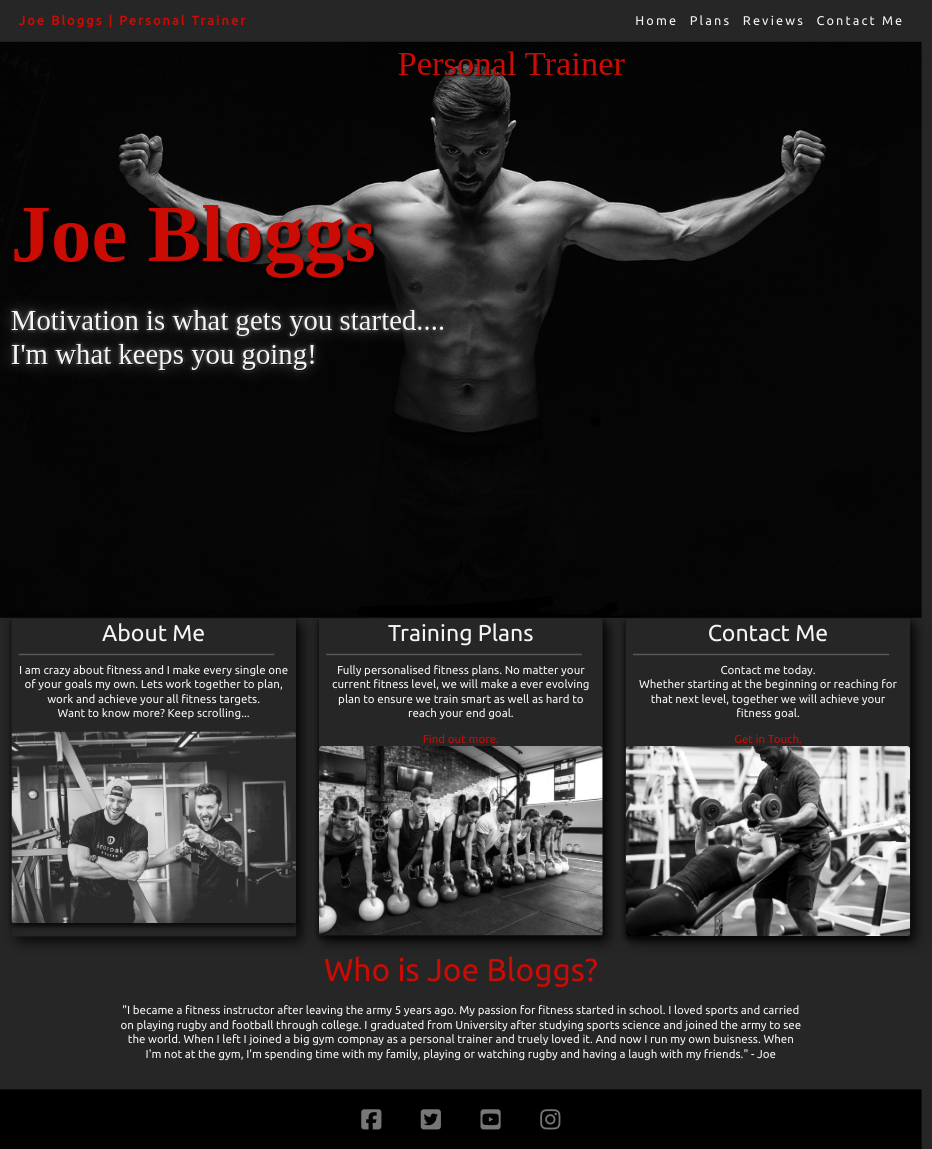
Repository: ClaireRoberts1403/Joe-Bloggs-Personal-Trainer
Page: index.html
The author's editor kept a record of every edit. The page is drawn from the files as they stood at one moment, then again after the next edit.
The browser window is 1280 px wide. The page is 1295 px wide, so the pictures cover 1295 px, including what lies to the right of the window. The pictures show the whole page, at 72% of full size.
Some web fonts or font styles are not loaded; a fallback is used. Some web libraries are served in a nearby version.

Above is the page before.
Console error: TypeError: Cannot read properties of undefined (reading 'fn')

### index.html
<!DOCTYPE html>
<html lang="en">

<head>
	<meta charset="UTF-8">
	<meta name="viewport" content="width=device-width, initial-scale=1.0">
	<meta http-equiv="X-UA-Compatible" content="ie=edge">
	<script src="https://kit.fontawesome.com/90ed803b97.js" crossorigin="anonymous"></script>
	<script src="https://stackpath.bootstrapcdn.com/bootstrap/4.3.1/js/bootstrap.min.js" integrity="sha384-JjSmVgyd0p3pXB1rRibZUAYoIIy6OrQ6VrjIEaFf/nJGzIxFDsf4x0xIM+B07jRM" crossorigin="anonymous"></script>
	<script src="https://maxcdn.bootstrapcdn.com/bootstrap/3.4.1/js/bootstrap.min.js"></script>
	<link rel="stylesheet" href="https://stackpath.bootstrapcdn.com/bootstrap/4.3.1/css/bootstrap.min.css" integrity="sha384-ggOyR0iXCbMQv3Xipma34MD+dH/1fQ784/j6cY/iJTQUOhcWr7x9JvoRxT2MZw1T" crossorigin="anonymous">
	<link rel="stylesheet" href="./assets/style.css">
	<title>Joe Bloggs | Personal Trainer</title>
</head>

<body>
	<nav class="navbar navbar-expand-lg navbar-dark bg-darkgrey">
		<a class="navbar-brand" id="menulogo">Joe Bloggs | Personal Trainer</a>
		<button class="navbar-toggler" type="button" data-toggle="collapse" data-target="#navbarSupportedContent" aria-controls="navbarSupportedContent" aria-expanded="false" aria-label="Toggle navigation">
    <span class="navbar-toggler-icon"></span>
  </button>

		<div class="collapse navbar-collapse" id="navbarSupportedContent">
			<ul class="navbar-nav ml-auto">
				<li class="nav-item active" id="menu">
					<a class="nav-link" href="./index.html">Home <span class="sr-only">(current)</span></a>
				</li>
				<li class="nav-item" id="menu">
					<a class="nav-link" href="./plans.html">Plans</a>
				</li>
				<li class="nav-item" id="menu">
					<a class="nav-link" href="./reviews.html">Reviews</a>
				</li>
				<li class="nav-item" id="menu">
					<a class="nav-link" href="./contact.html">Contact Me</a>
				</li>
			</ul>
		</div>
	</nav>


	<!-- Hero Image -->

	<div class="container-fluid hero-image">
		<div class="row">
			<h1 class="hero-name">
				Joe Bloggs </h1>
			<h1 class="hero-title">
				Personal Trainer</h1>
			<h2 class="hero-quote">
				Motivation is what gets you started....<br> I'm what keeps you going!
			</h2>

		</div>
	</div>


	<!-- overview links -->
	<div class="bg-card">
		<div class="card-deck">
			<div class="card h-100 text-center">
				<div class="about">
					<h2>About Me </h2>
					<hr>
					<p>I am crazy about fitness and I make every single one of your goals my own. Lets work together to plan, work and achieve your all fitness targets.
						<br>Want to know more? Keep scrolling...</p>
					<img src="./images/indeximage1.jpg" class="card-img-bottom" alt="Image not found">
				</div>
			</div>
			<div class="card h-100 text-center">
				<div class="about">
					<h2>Training Plans </h2>
					<hr>
					<p>Fully personalised fitness plans. No matter your current fitness level, we will make a ever evolving plan to ensure we train smart as well as hard to reach your end goal.</p>
					<a href="plans.html" class="linkabout">Find out more.</a>
					<img src="./images/indeximage2.jpg" class="card-img-bottom" alt="Image not found">
				</div>
			</div>
			<div class="card h-100 text-center">
				<div class="about">
					<h2>Contact Me </h2>
					<hr>
					<p>Contact me today. <br>Whether starting at the beginning or reaching for that next level, together we will achieve your fitness goal.</p>
					<a href="content.html" class="linkabout">Get in Touch.</a>
					<br>
					<img src="./images/indeximage3.jpg" class="card-img-bottom" alt="Image not found">
				</div>
			</div>
		</div>
	</div>



	<!-- Who Am I -->

	<div class="container-fluid">
		<div id="history">
			<h1>Who is Joe Bloggs?</h1>
			<p>"I became a fitness instructor after leaving the army 5 years ago. My passion for fitness started in school. I loved sports and carried on playing rugby and football through college. I graduated from University after studying sports science and joined
				the army to see the world. When I left I joined a big gym compnay as a personal trainer and truely loved it. And now I run my own buisness. When I'm not at the gym, I'm spending time with my family, playing or watching rugby and having a laugh with
				my friends." - Joe</p>
		</div>
	</div>


	<footer>
		<div class="container-fluid">
			<ul class="social-networks">
				<li><a href="http://www.facebook.com" target="_blank"><i class="fab fa-facebook-square"></i></a></li>
				<li><a href="http://www.twitter.com" target="_blank"><i class="fab fa-twitter-square"></i><a/></li>
				<li><a href="http://www.youtube.com" target="_blank"><i class="fab fa-youtube-square"></i><a/></li>
				<li><a href="http://www.instagram.com" target="_blank"><i class="fab fa-instagram"></i></a></li>
			</ul>
		</div>
	</footer>


	<script src="https://code.jquery.com/jquery-3.3.1.slim.min.js" integrity="sha384-q8i/X+965DzO0rT7abK41JStQIAqVgRVzpbzo5smXKp4YfRvH+8abtTE1Pi6jizo" crossorigin="anonymous"></script>
	<script src="https://cdnjs.cloudflare.com/ajax/libs/popper.js/1.14.7/umd/popper.min.js" integrity="sha384-UO2eT0CpHqdSJQ6hJty5KVphtPhzWj9WO1clHTMGa3JDZwrnQq4sF86dIHNDz0W1" crossorigin="anonymous"></script>
</body>

</html>

### assets/style.css
@import url('https://fonts.googleapis.com/css?family=Alatsi|Ubuntu&display=swap');

body {
    color: #f5f5f5;
    background-color: #262626;
    font-family: Ubuntu;

}

* {
    margin: 0;
    padding: 0;

}

dl,
ul,
ol {
    margin-bottom: 0;
}

.container-fluid {
    padding: 0;
    margin: 0;
}

/*---navbar---*/

#menulogo {
    font-size: 110%;
    color: #ca0c04;
    text-align: left;
    font-weight: bold;
    display: inline;
    letter-spacing: 3px;
    padding-left: 10px;
}

#menu {
    font-size: 110%;
    list-style-type: none;
    letter-spacing: 3px;
}

#menu li {
    list-style: none;
    line-height: 60px;
    padding-right: 10px;
    justify-content: flex-end;
}

#menu a {
    text-decoration: none;
    color: inherit;

}

#menu a:hover {
    border-bottom: 1px solid #ca0c04;
}


.navbar-toggler:focus,
.navbar-toggler:hover {
    text-decoration: none;
}



.navbar-dark .navbar-toggler {
    color: rgba(255, 255, 255, .5);
    border-color: #595959;

}

.navbar-dark .navbar-toggler:focus {
    border-color: #ca0c04;
    outline: none!important;
}

/*footer*/

.social-networks {
    text-align: center;
    background-color: black;
}

.social-networks li {
    display: inline;
}

.social-networks i {
    font-size: 200%;
    margin: 1%;
    padding: 1%;
    color: #777777;
}

.social-networks i:hover {
    color: #ca0c04;
}

/*--- Hero Image Index page---*/

.hero-image {
    background: url("../images/hero2.jpg");
    width: 100%;
    background-position: center;
    background-repeat: no-repeat;
    background-size: cover;

}


.hero-name {
    font-size: 700%;
    color: #ca0c04;
    text-shadow: 3px 3px 3px black;
    padding-top: 200px;
    font-weight: bolder;
    padding-left: 30px;
    font-family: Alatsi;
    display: inline-block;

}

.hero-title {
    font-size: 300%;
    color: #ca0c04;
    text-shadow: 2px 2px 2px black;
    padding-top: 1px;
    padding-left: 30px;
    font-family: Alatsi;
    display: inline-block;
}

.hero-quote {
    font-size: 250%;
    color: #f5f5f5;
    text-shadow: 1px 1px 2px black, 0 0 25px grey, 0 0 5px darkgrey;
    padding-top: 20px;
    padding-bottom: 20px;
    padding-left: 30px;
    font-family: Alatsi;
    display: inline-block;
}

/*-- index page - about links --*/

.card-img-bottom {
    padding: 0;
    border-radius: 5px;
}

.about {
    line-height: 20px;
    box-shadow: 0 4px 8px 0 rgba(0, 0, 0, 0.9);
    background-color: #262626;

}

.about p {
    padding-left: 10px;
    padding-right: 10px;
}

.about:hover {
    box-shadow: 0 8px 16px 0 rgba(0, 0, 0, 0.9);
}

.linkabout {
    text-decoration: none;
    color: #ca0c04;
}

.linkabout:hover {
    border-bottom: 1px solid #ca0c04;
    text-decoration: none;
    color: #f5f5f5;
}

hr {
    border-top: 2px solid #595959;
    width: 90%;
    margin: 10px;
    text-align: center;
}

#history {
    line-height: 20px;
    clear: both;
    margin-bottom: 40px;
    text-align: center;
    padding-left: 13%;
    padding-right: 13%;

}

#history h1 {
    padding: 10px;
    font-size: 275%;
    color: #ca0c04;
    padding-top: 20px;
    padding-bottom: 10px;
    text-align: center;
    margin-bottom: 10px;
}


/* plans */

#phero-name {
    font-size: 700%;
    color: #ca0c04;
    text-shadow: 3px 3px 3px black;
    padding-top: 70px;
    text-align: right;
    font-weight: bolder;
    padding-right: 20px;
    font-family: Alatsi;
}


#phero-title {
    font-size: 250%;
    color: #ca0c04;
    text-shadow: 2px 2px 2px black;
    padding-top: 1px;
    text-align: right;
    padding-right: 20px;
    font-family: Alatsi;
}

#phero-quote {
    font-size: 200%;
    color: #f5f5f5;
    text-shadow: 1px 1px 2px black, 0 0 25px grey, 0 0 5px darkgrey;
    padding-top: 40px;
    padding-bottom: 20px;
    text-align: right;
    padding-right: 15px;
    font-family: Alatsi;
}

.plan-type {
    display: inline-block;
}

.plans-image {
    background: url("../images/plans.jpg");
    height: 600px;
    width: 100%;
    background-position: center;
    background-repeat: no-repeat;
    background-size: cover;
    background-attachment: fixed;

}

.plans-image2 {
    background: url("../images/plans2.jpg");
    height: 600px;
    width: 100%;
    background-position: center;
    background-repeat: no-repeat;
    background-size: cover;
    background-attachment: fixed;

}

.plans-title {
    font-size: 400%;
    color: #ca0c04;
    opacity: 0.9;
    padding-top: 10px;
    text-align: center;
    padding-bottom: 5px;
    letter-spacing: 1px;
}

.plans-quote {
    font-size: 150%;
    color: #ca0c04;
    opacity: 0.9;
    padding-top: 5px;
    text-align: center;
    line-height: 40px;
    letter-spacing: 1px;
    margin-bottom: 20px;

}

.table {
    background-color: #262626!important;
    color: #f5f5f5;
    text-align: center;
}

.h-100 {
    height:auto!important;
}
.card-deck {
    margin-left: 0;
    margin-right: 0;
}

.card {
    background-color: #262626!important;
    text-align: center;
    box-shadow: 8px 8px 16px 0 rgba(0, 0, 0, 0.7);

}

.card-body {
    background-color: #262626!important;
    border-color: #262626!important;
}

.card-title {
    text-decoration: underline;
}

.card:hover {
    box-shadow: 8px 8px 10px 1px rgba(0, 0, 0, 1);
}

#plansdescription h1 {
    color: #ca0c04;
    text-align: center;
    padding-top: 10px;
    padding-bottom: 10px;
}

#plansdescription i {
    color: #f5f5f5;
}

#plansdescription i:hover {
    color: #ca0c04;
}


#footnote {
    color: #f5f5f5;
    re-size: 90%;
    text-align: center;
    padding-top: 20px;
    padding-left: 10px;
    padding-right: 10px;
}

.download {
    text-align: center;
    font-size: large;
    margin-top: 50px;
}

.download-pdf i {
    font-size: 18px;
    color: #fafafa;
    text-align: center;
    padding-left: 5px;
}

.download-pdf i:hover {
    color: #a62d2d;
}

.downloadsmall {
    padding-left: 10px;
    text-align: center;
    padding-right: 10px;

}


/*reviews*/

.reviewtitlebg {
    background-color: black;
    padding-bottom: 20px;
}


#review-title {
    font-size: 400%;
    color: #ca0c04;
    text-shadow: 1px 1px 2px black;
    padding-top: 1px;
    font-weight: bold;
    font-family: Alatsi;
    text-align: center;
    margin-bottom: 10px;

}

#review-quote {
    font-size: 200%;
    text-shadow: 1px 1px 2px black;
    text-align: center;
    margin-bottom: 30px;
    letter-spacing: 1px;
    word-spacing: 3px;

}

#reviewgallery {
    width: 100%;
    text-align: center;
    padding: 10px;
    margin: 10px;
    line-height: 20px;
    letter-spacing: 0.8px;
}

#reviewgallery h3 {
    letter-spacing: 1px;
    line-height: 30px;
    padding: 10px;
}

#reviewgallery img {
    width: 100%;
    height: auto;
    border-radius: 5px;
    border-color: #595959;
}

.desc {
    font-size: 100%;
    line-height: 25px;
    padding-left: 10px;
    padding-right: 10px;
    padding-top: 20px;
    padding-bottom: 20px;
}

/*contact*/

#contact {
    background: url("../images/contact.jpg");
    width: 100%;
    background-position: center;
    background-repeat: no-repeat;
    background-size: cover;
    padding-top: 50px;
    margin-top: 6px;
    padding-bottom: 20px;
    text-align: center;

}

#contact-title {
    font-size: 400%;
    color: #ca0c04;
    text-shadow: 1px 1px 2px black;
    padding-top: 1px;
    font-weight: bold;
    font-family: Alatsi;
    text-align: center;
    margin-bottom: 30px;

}


.contactform {
    width: 100%;
    padding: 30px 10%;
    font-size: larger;
    color: #f5f5f5;
    font-weight: bold;
    background-color: rgba(0, 0, 0, 0.5);
}

.form-control:focus {
    box-shadow: 8px 8px 16px 0 rgba(0, 0, 0, 0.7);
    border-color: #595959;
}

.btn {
    background-color: #ca0c04;
    font-weight: bold;
    font-family: inherit;
    color: #f5f5f5;

}

.btn:focus {
    box-shadow: 8px 8px 16px 0 rgba(0, 0, 0, 0.7);


}


@media (max-width: 435px) {

    #menulogo {
        display: none;
    }

    .hero-name {
        font-size: 500%;
        padding-top: 200px;
        line-height: 90px;
    }

    .hero-title {
        font-size: 220%;
        line-height: 50px;
    }

    .hero-quote {
        font-size: 170%;
        padding-bottom: 50px;
    }

    .card-deck {
        column-count: 1;
        width: 100%;
    }

    .container-fluid {
        column-count: 1;
    }
}

@media only screen and (min-width: 560px) and (max-width: 1220px) {
    .hero-name {
        font-size: 600%;
        padding-top: 260px;
        line-height: 90px;
    }
}

@media only screen and (min-width: 1220px) {
    .contactform {
        width: 50%;
        margin-left: 25%;
    }
}

@media only screen and (min-width: 768px) {
    .contactform {
        width: 70%;
        margin-left: 15%;
    }
}


@media (max-width: 560px) {

    #phero-name {
        font-size: 500%;
        padding-top: 60px;
        line-height: 90px;
    }

    #phero-title {
        font-size: 200%;
        line-height: 45px;
    }

    #phero-quote {
        line-height: 40px;
        font-size: 180%;
        padding-left: 8px;
        padding-right: 8px;
        text-align: center !important;

    }

    #planstable {
        display: none;
    }

    .plans-title {
        font-size: 200%;
    }

    .plans-quote {
        font-size: 100%;
        padding-left: 20px;
        padding-right: 20px;
    }

    br {
        display: none;
    }
}


@media only screen and (min-width: 560px) and (max-width: 1220px) {
    #phero-name {
        font-size: 600%;
        padding-top: 60px;
        line-height: 90px;
    }
}

@media (min-width: 560px) {

    .downloadsmall {
        display: none;

    }
}



@media (min-width: 1030px) {

    .hero-image {
        height: 800px;
    }
}

@media (min-width: 1700px) {

    .hero-image {
        height: 1200px;
    }
}

@media (min-width: 2055px) {

    .hero-image {
        height: 1400px;
    }
}

After the next edit:
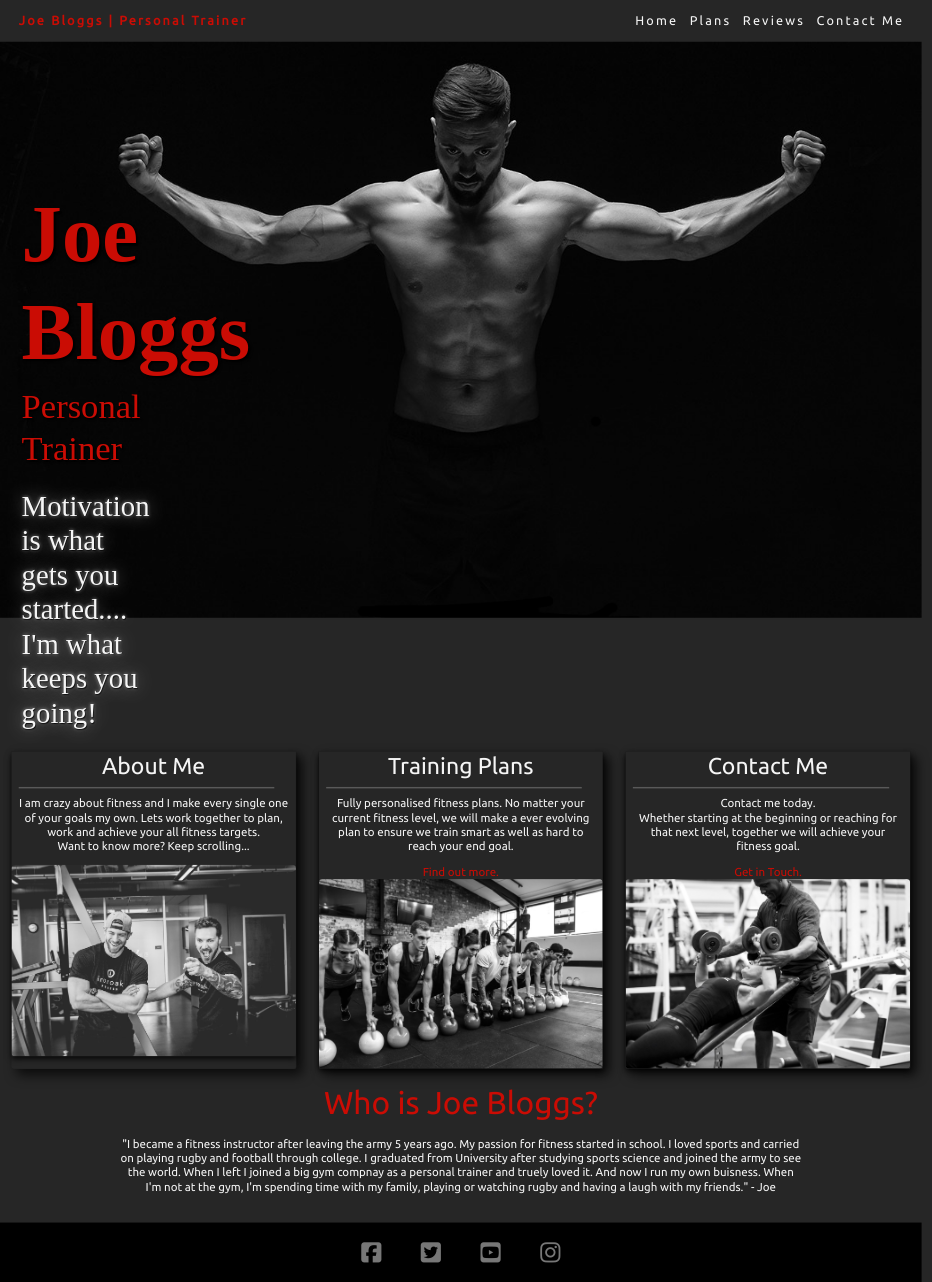
The edit:
--- a/index.html
+++ b/index.html
@@ -43,6 +43,7 @@
 
 	<div class="container-fluid hero-image">
 		<div class="row">
+			<div class="col-1">
 			<h1 class="hero-name">
 				Joe Bloggs </h1>
 			<h1 class="hero-title">
